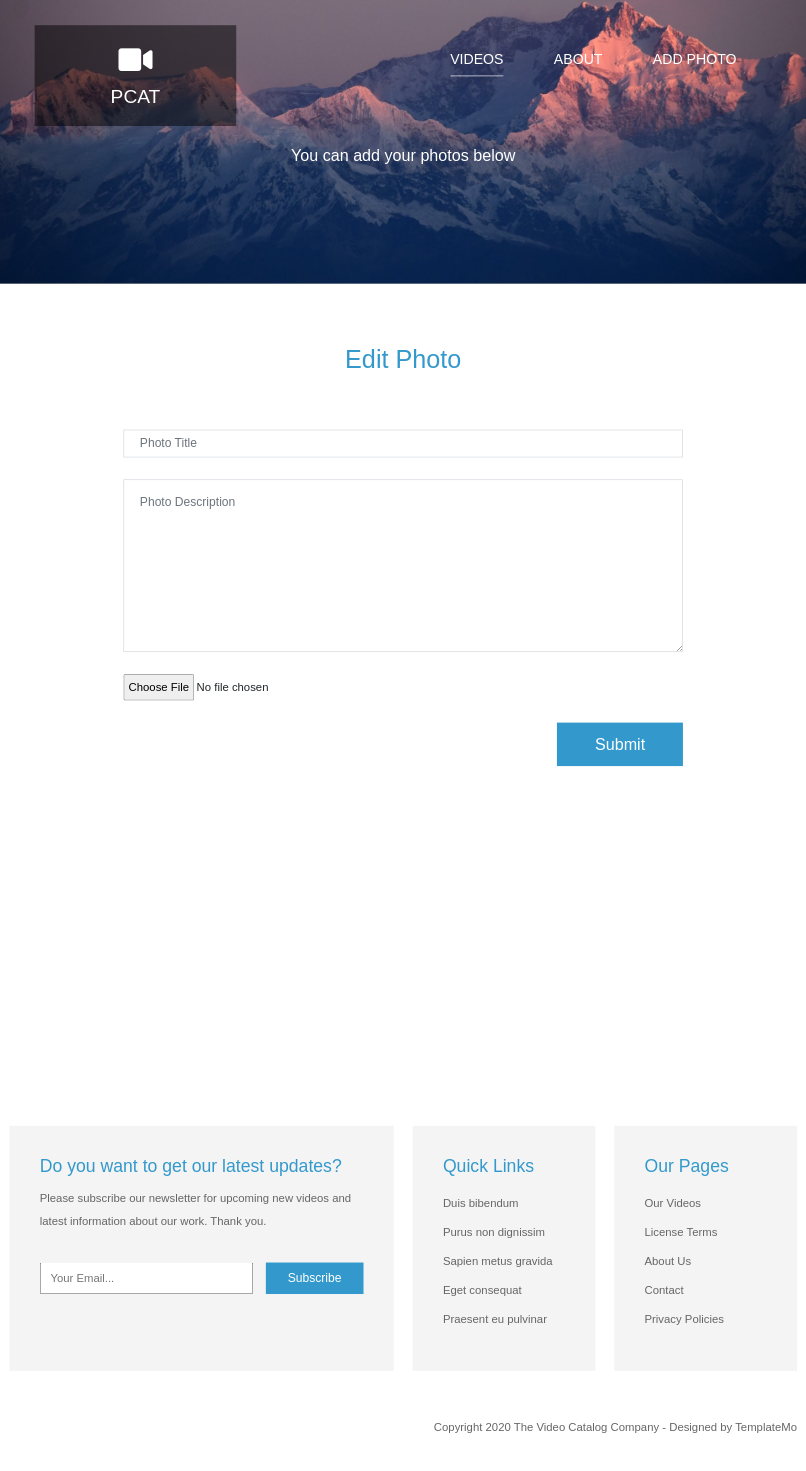
Repository: Marhamat92/PCAT-project-with-node-backend
Page: views/edit.ejs
An editor plug-in stored every save of this project. The page is shown before and after the next save, followed by the edit.
The browser window is 1280 px wide. The pictures show the whole page, at 63% of full size.
Backgrounds fixed to the window are drawn as part of the page. Some web fonts or font styles are not loaded; a fallback is used. The page is served by the project's Node server (app.js). The template is opened directly, without the code that normally fills it, so the values that code supplies are empty.

Above is the page before, as saved 2023-02-22 23:36:11.

After the next save:
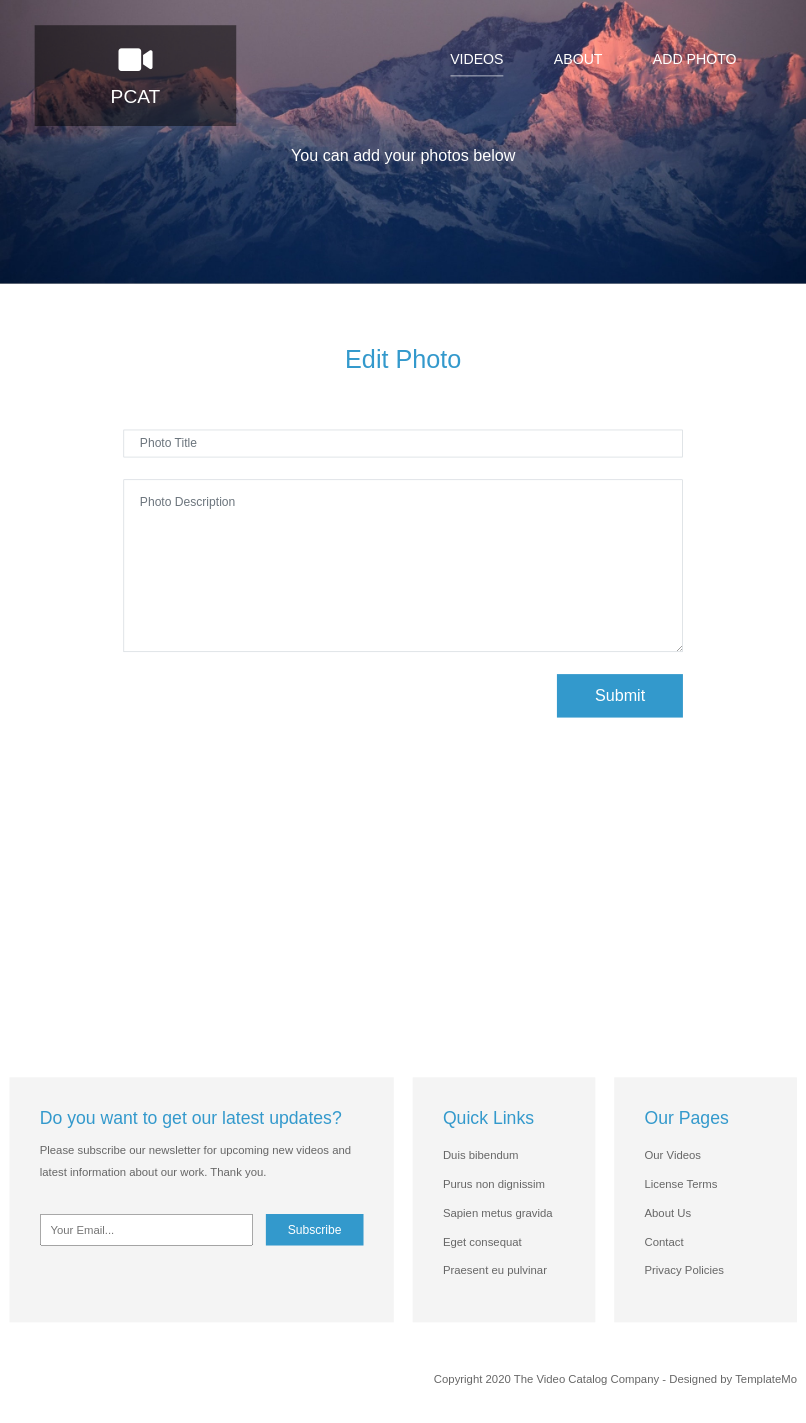
Saved 32 min 8 s later.
--- a/views/edit.ejs
+++ b/views/edit.ejs
@@ -38,11 +38,7 @@
                       <textarea rows="8" name="description" class="form-control rounded-0"
                         placeholder="Photo Description" required></textarea>
                     </div>
-                    <div class="form-group">
 
-                      <input type="file" name="image" placeholder="Photo URL" class="form-control-file rounded-0" />
-
-                    </div>
 
                     <div class="form-group mb-0">
                       <button type="submit"
